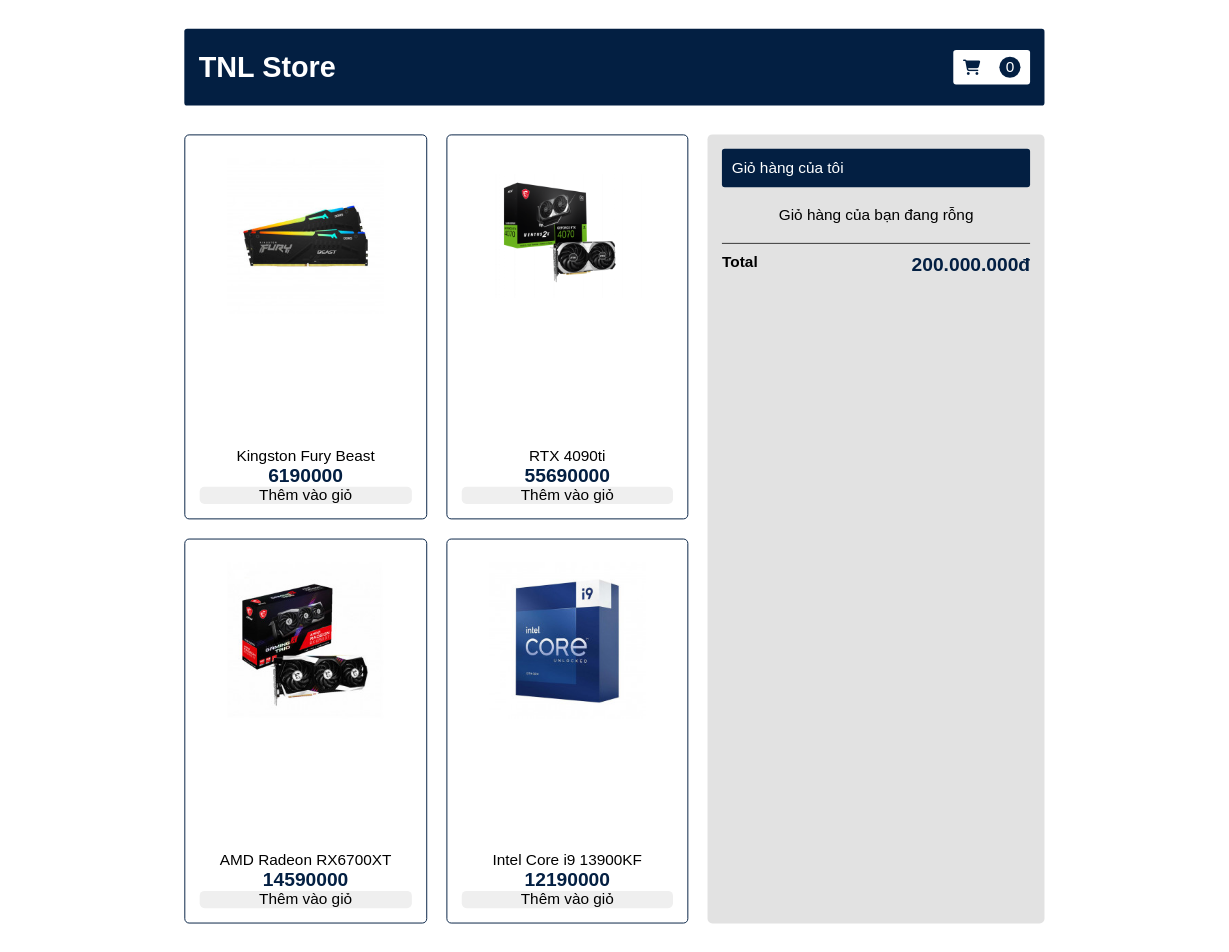
Repository: HPNChanel/DACS
Page: shopcart/shopcart.html
These files come from the project's save history. The page is drawn as it stood at one moment and after the next save; the edit follows.
The browser window is 1280 px wide. The pictures show the whole page, at 96% of full size.
Some web libraries are served in a nearby version.

Above is the page before, as saved 2023-04-14 15:00:07.

After the next save:
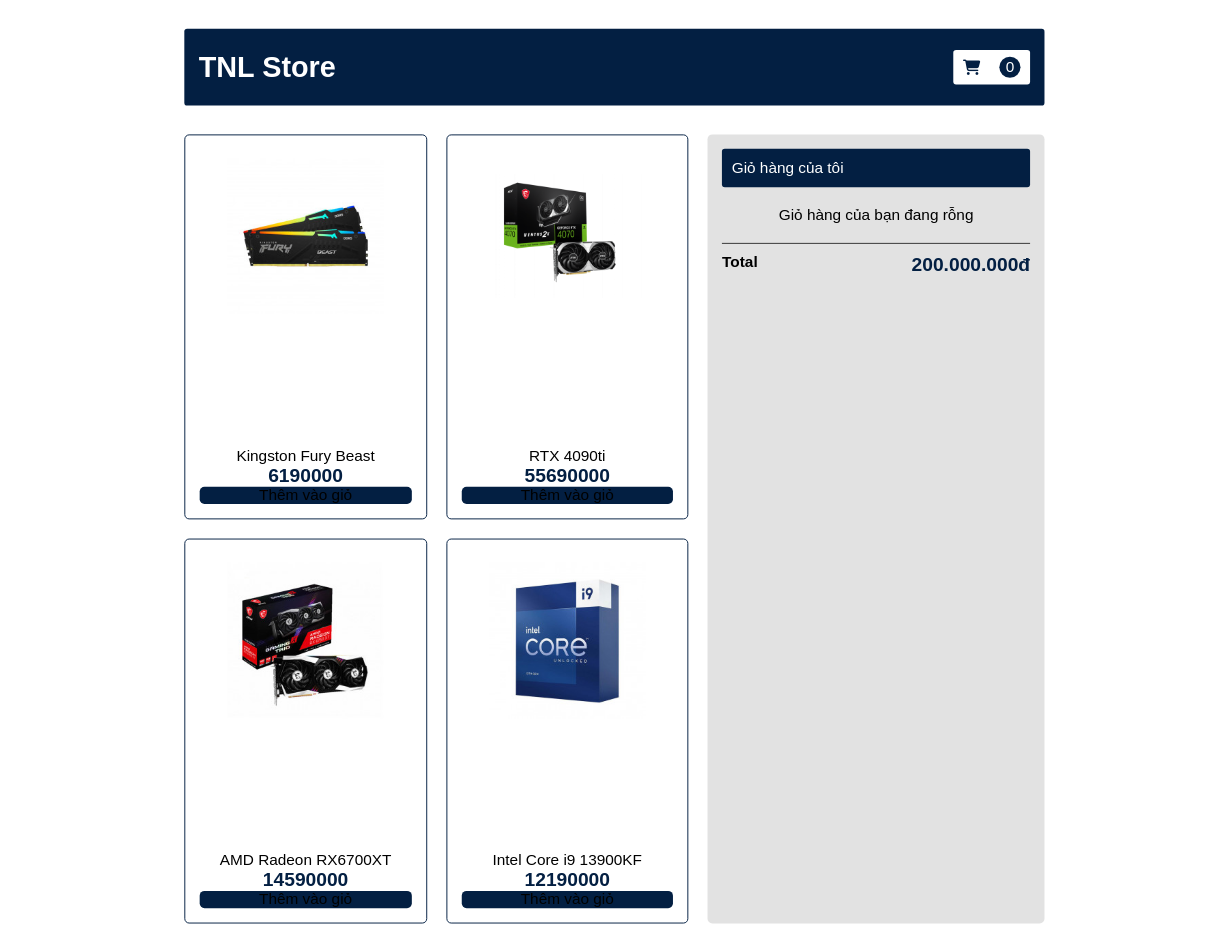
Saved 20 s later.
--- a/shopcart/shopcart.css
+++ b/shopcart/shopcart.css
@@ -121,12 +121,13 @@
 }
 h2{
     font-size: 20px;
-    color: rgb(3, 31, 66);;
+    color: rgb(3, 31, 66);
 }
 button{
     width: 100%;
     position: relative;
     border: none;
     border-radius: 5px;
+    background-color:rgb(3, 31, 66);
 
 }
